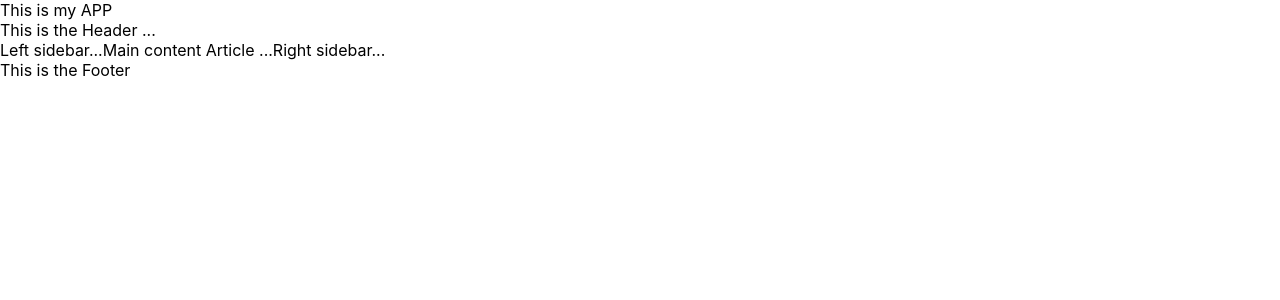
Repository: vnevescode/ui-components-react
Page: /
The author's editor kept a copy of each file at every save. The page is drawn from the files as they stood at one save, then again after the next save.
The browser window is 1280 px wide. The pictures show the whole page.
The project was rebuilt for these pictures with package versions that can differ from the ones it lists, and the page was loaded fresh each time. Also part of the build but not shown: src/components/Cards/Cards.styles.css, src/components/Cards/Cards.jsx.

Above is the page before, as saved 2022-06-09 22:49:13.

### src/App.js
import React from 'react';
import Cards from './components/Cards/Cards';
import HolyGrailLayout from './components/HolyGrailLayout/HolyGrailLayout';

function App() {
  return (
    <div className="App">
      <div>This is my APP</div>
      <HolyGrailLayout/>
    </div>
  );
}

export default App;

### src/components/HolyGrailLayout/HolyGrailLayout.jsx
import React from 'react'
import './HolyGrailLayout.styles.css'

const HolyGrailLayout = () => {
  return (
    <>
        <div className="container">
            <header>
                {'This is the Header ... '}
            </header>
            <main className='container__main'>
                {/* Left sidebar */}
                <aside className='conteiner__left'>
                    {' Left sidebar...'}
                </aside>
                {/* Main content */}
                <article className='container__middle'>
                    {' Main content Article ...'}
                </article>

                {/* Right sidebar */}
                <nav className='container__right'>
                    {' Right sidebar...'}
                </nav>
            </main>
            <footer>
                {'This is the Footer'}
            </footer>
        </div>
    </>
  )
}

export default HolyGrailLayout

### src/components/HolyGrailLayout/HolyGrailLayout.styles.css
.container{
    display: flex;
    flex-direction: column;
    }
    .container__main{
        /* Take the remaining height */
        flex-grow: 1;

        /*  Layout the left sidebar, main content and right sidebar */
        display: flex;
        flex-direction: row;
    }

    .container__left{
        width: 25%;
    }

Loaded but not shown: public/index.html (common file); src/index.js (common file); src/index.css (common file)

After the next save:
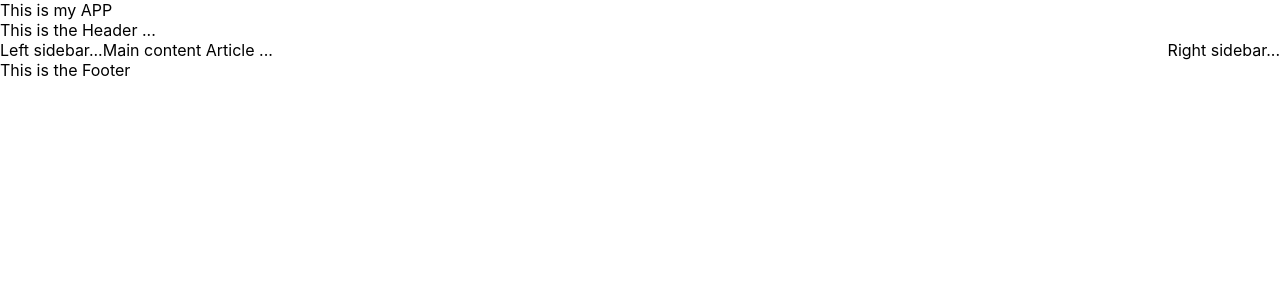
Saved 62 s later.
--- a/src/components/HolyGrailLayout/HolyGrailLayout.styles.css
+++ b/src/components/HolyGrailLayout/HolyGrailLayout.styles.css
@@ -14,3 +14,7 @@
     .container__left{
         width: 25%;
     }
+    .container__middle{
+        /* Take the remaining width */
+        flex-grow: 1;
+    }
